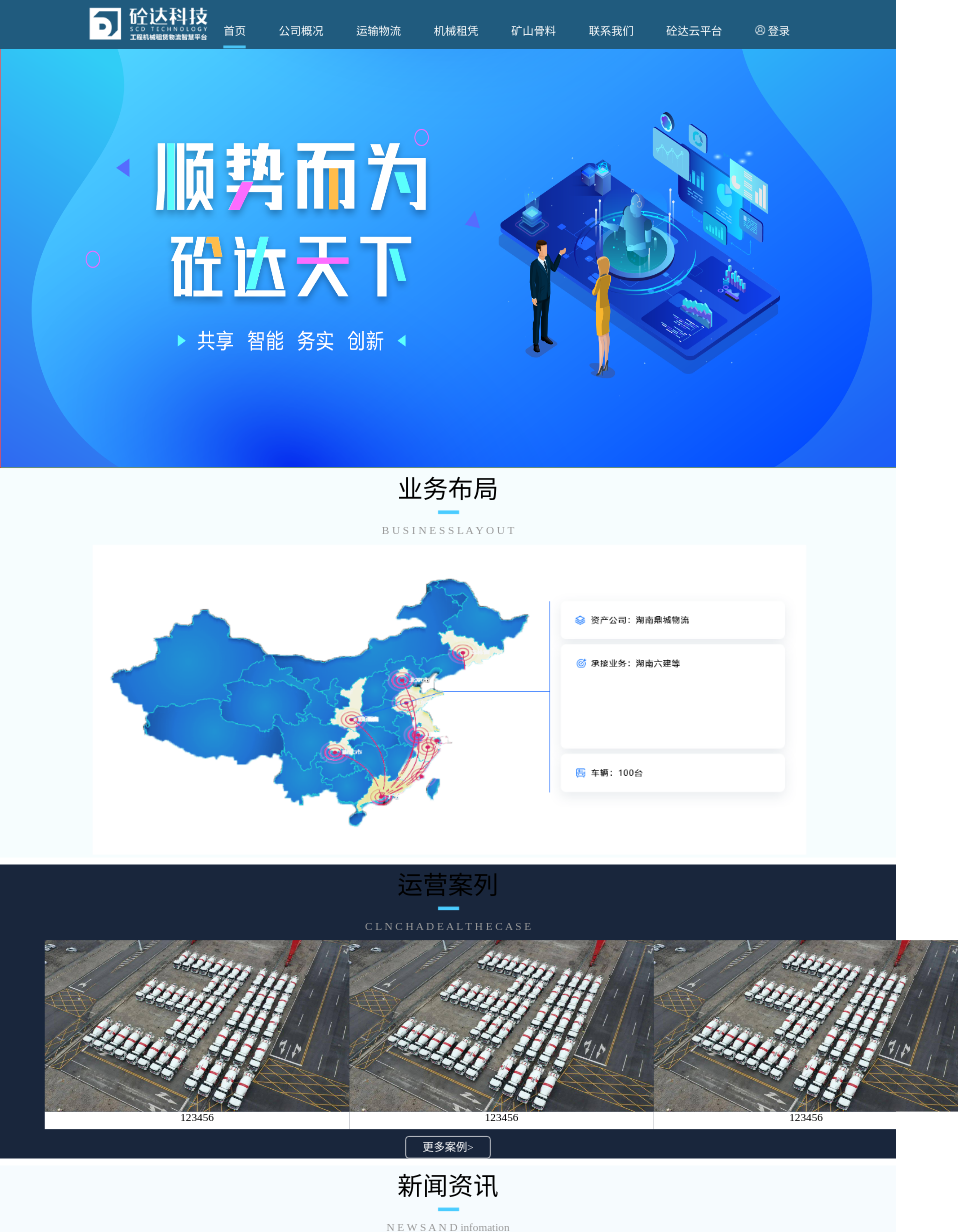
Repository: nzrdjdj/nzrdjdj.github.io
Page: index.html
These files come from the project's save history. The page is drawn as it stood at one moment and after the next save; the edit follows.
The browser window is 1280 px wide. The page is 1369 px wide, so the pictures cover 1369 px, including what lies to the right of the window. The pictures show the part of the page from y = 0 to 1760 px (the page is 2705 px tall before and 2768 px after), at 70% of full size.

Above is the page before, as saved 2021-10-09 09:54:17.

### index.html
<!DOCTYPE html>
<html lang="en">

<head>
    <meta charset="UTF-8">
    <meta http-equiv="X-UA-Compatible" content="IE=edge">
    <meta name="viewport" content="width=device-width, initial-scale=1.0">
    <title>首页</title>
    <link rel="stylesheet" href="./css/index.css">
    <!-- <link rel="stylesheet" href="./css/lunbo.css"> -->
</head>

<script>
    // var nei = document.getElementById("ab").children;
    // var left = document.getElementsByClassName("left")[0];
    // var lunbo = document.getElementsByClassName("lunbo")[0];
    // var right = document.getElementsByClassName("right")[0];
    // var bu = document.getElementById("bu").children;
    // var index = 0

    // function str() {
    //     index++
    //     if (index >= 6) {
    //         index = 0;
    //     }
    //     main()
    // }

    // function main() {
    //     for (var i = 0; i < nei.length; i++) {
    //         nei[i].style.display = "none"
    //         bu[i].classList.remove("hei")
    //     }
    //         nei[index].style.display = "block"
    //         bu[index].classList.add("hei")
    // }

    // item = setInterval(str, 2000)
    // // 自动轮播


    // lunbo.onmouseover = function () {
    //     clearInterval(item)
    // }
    // lunbo.onmouseout = function () {
    //     item = setInterval(str, 2000)
    // }

    // // 左右按钮

    // left.onclick = function () {
    //     index--;
    //     if (index < 0) {
    //         index = nei.length - 1
    //     }
    //     main()
    // }

    // right.onclick = function () {
    //     index++;
    //     if (index >= nei.length) {
    //         index = 0
    //     }
    //     main()
    // }

    // // 底部按钮

    // for (var i = 0; i < bu.length; i++) {
    //     bu[i].index = i;
    //     bu[i].onclick = function () {
    //         index = this.index;
    //         for (var j = 0; j < bu.length; j++) {
    //             main()
    //         }

    //     }
    // }
</script>

<body>
    <div class="all">
        <div class="head">
            <div class="haed-logo" id="lunbo">
                <img src="./images/slider/bg1.png" />
                <img src="./images/slider/bg3.jpg" />
                <img src="./images/slider/bg2.jpg" />
            </div>
            <div class="head-title">
                <div class="head-nav">
                    <div class="left">
                        <image class="" src="./images/logo.png" mode="widthFix" />
                    </div>
                    <div class="right">
                        <div class="hover">首页</div>
                        <div>公司概况</div>
                        <div>运输物流</div>
                        <div>机械租凭</div>
                        <div>矿山骨料</div>
                        <div>联系我们</div>
                        <div>砼达云平台</div>
                        <div>
                            <image class="" src="./images/dl.png" "/>
                            登录
                        </div>
                    </div>
                </div>
            </div>
        </div>
        <div class=" main">
                                <!-- 业务 -->
                                <div class="firstmain">
                                    <div class="firstmain-info">业务布局</div>
                                    <div class="first-border">
                                        <image class="" src="./images/partners/bar.png" />
                                    </div>
                                    <div class="colorstyle">B U S I N E S S L A Y O U T</div>
                                    <div class="main-img">
                                        <image style="width: 80%;margin-top: 10px;" src="./images/partners/map.png"
                                            mode="widthFix" />
                                    </div>
                                </div>
                                <!-- 运营 -->
                                <div class="mainCenter">
                                    <div class="firstmain-info">运营案列</div>
                                    <div class="first-border">
                                        <image class="" src="./images/partners/bar.png" />
                                    </div>
                                    <div class="colorstyle">C L N C H A D E A L T H E C A S E</div>
                                    <div class="pgimg">
                                        <div class="img">
                                            <div class="yui">
                                                <image style="width: 435px;height: 245px;"
                                                    src="./images/partners/car2.png" />
                                                <div class="zzhao">
                                                    <div>查看案例详情</div>
                                                </div>
                                            </div>
                                            <div class="icon">123456</div>
                                        </div>
                                        <div class="img">
                                            <div class="yui">
                                                <image style="width: 435px;height: 245px;"
                                                    src="./images/partners/car2.png" />
                                                <div class="zzhao">
                                                    <div>查看案例详情</div>
                                                </div>
                                            </div>
                                            <div class="icon">123456</div>
                                        </div>
                                        <div class="img">
                                            <div class="yui">
                                                <image style="width: 435px;height: 245px;"
                                                    src="./images/partners/car2.png" />
                                                <div class="zzhao">
                                                    <div>查看案例详情</div>
                                                </div>
                                            </div>
                                            <div class="icon">123456</div>
                                        </div>
                                    </div>
                                    <div class="anli">
                                        <div>更多案例></div>
                                    </div>
                                </div>
                                <!-- 新闻资讯 -->
                                <div class="ctenrnew">
                                    <div class="xinwen">
                                        <div class="firstmain-info">新闻资讯</div>
                                        <div class="first-border">
                                            <image class="" src="./images/partners/bar.png" />
                                        </div>
                                        <div class="colorstyle">N E W S A N D infomation</div>
                                    </div>
                                    <div class="news">
                                        <div style="    padding-top: 22px;">
                                            <div>
                                                <image style="width: 435px;height: 245px;"
                                                    src="./images/partners/car2.png" />
                                            </div>
                                            <div style="width: 435px;">
                                                展会预告| 与您相约2021年长沙国际工程机械展览会<br>
                                                <span
                                                    style="color: gray;">2021长沙国际工程机械展览会将于5月19日在长沙国际会展中心拉开帷幕。这将是今年全球唯一举办的30万平方米超大型工程机械行业展会。</span>
                                            </div>
                                        </div>
                                        <div>
                                            <div
                                                style="height: 125px; margin-top: 20px; background-color: #fff;margin-left:10px;">
                                                <div style="display: flex;">
                                                    <div style="margin-left: 20px; margin-top: 20px;">
                                                        <div style="color: gray;font-size: 24px;">15</div>
                                                        <div style="color: gray;margin-top: 30px;">2021-03</div>
                                                    </div>
                                                    <div style="padding: 15px; line-height: 30px;">
                                                        <div>混凝土泵车的使用应注意哪些事项</div>
                                                        <span
                                                            style="color: gray;margin-top: 30px;padding-top: 20px; margin-left: 10px;">凝土泵车在进行各项操作时应有专业<br>的操作人员对其进行系统的培训...</span>
                                                    </div>
                                                </div>
                                            </div>
                                            <div
                                                style="height: 125px; margin-top: 20px; background-color: #fff;margin-left:10px;">
                                                <div style="display: flex;">
                                                    <div style="margin-left: 20px; margin-top: 20px;">
                                                        <div style="color: gray;font-size: 24px;">15</div>
                                                        <div style="color: gray;margin-top: 30px;">2021-03</div>
                                                    </div>
                                                    <div style="padding: 15px; line-height: 30px;">
                                                        <div>混凝土泵车的使用应注意哪些事项</div>
                                                        <span
                                                            style="color: gray;margin-top: 30px;padding-top: 20px; margin-left: 10px;">凝土泵车在进行各项操作时应有专业<br>的操作人员对其进行系统的培训...</span>
                                                    </div>
                                                </div>
                                            </div>
                                        </div>
                                        <div>
                                            <div
                                                style="height: 125px; margin-top: 20px; background-color: #fff;margin-left:10px;">
                                                <div style="display: flex;">
                                                    <div style="margin-left: 20px; margin-top: 20px;">
                                                        <div style="color: gray;font-size: 24px;">15</div>
                                                        <div style="color: gray;margin-top: 30px;">2021-03</div>
                                                    </div>
                                                    <div style="padding: 15px; line-height: 30px;">
                                                        <div style="color: #56CFFF;">混凝土泵车的使用应注意哪些事项</div>
                                                        <span
                                                            style="color: gray;margin-top: 30px;padding-top: 20px; margin-left: 10px;">凝土泵车在进行各项操作时应有专业<br>的操作人员对其进行系统的培训...</span>
                                                    </div>
                                                </div>
                                            </div>
                                            <div
                                                style="height: 125px; margin-top: 20px; background-color: #fff;margin-left:10px;">
                                                <div style="display: flex;">
                                                    <div style="margin-left: 20px; margin-top: 20px;">
                                                        <div style="color: gray;font-size: 24px;">15</div>
                                                        <div style="color: gray;margin-top: 30px;">2021-03</div>
                                                    </div>
                                                    <div style="padding: 15px; line-height: 30px;">
                                                        <div>混凝土泵车的使用应注意哪些事项</div>
                                                        <span
                                                            style="color: gray;margin-top: 30px;padding-top: 20px; margin-left: 10px;">凝土泵车在进行各项操作时应有专业<br>的操作人员对其进行系统的培训...</span>
                                                    </div>
                                                </div>
                                            </div>
                                        </div>
                                    </div>
                                </div>
                                <!-- 关于我们 -->
                                <div class="about">
                                    <div class="xinwen">
                                        <div class="ab">关于我们</div>
                                        <div class="first-border">
                                            <image class="" src="./images/partners/bar.png" />
                                        </div>
                                        <div class="colorstyle">A B 0 U T US</div>
                                    </div>
                                    <div class="aboutinfo">
                                        <div class="oneaboutinfo">
                                            <div style="padding-left:10px;"> 砼 达 科 技 是 一 家 服 务 于 混 凝 土 及 原 材 料 生 产 、 物 流
                                                、 施 工 的 共 享 智 能 化 平 台 。</div>
                                            <div>愿 景 ： 推 动 混 凝 土 产 业 数 字 文 明 进 程 ， 打 造 混 凝 土 高 效 流 通 生 态 圈 ; </div>
                                            <div>使 命 ： 打 造 一 个 社 会 化 高 度 协 同 、 智 慧 的 工 程 机 械 物 联 网 运 营 平 台 </div>
                                            <div> 核 心 价 值 观 ： 服 务 创 造 价 值 ， 专 业 赢 得 信 任 ， 坚 持 成 就 梦 想 ， 奋 斗 改 变 生 活
                                            </div>
                                        </div>
                                        <div>
                                            <image style="height:200px;width: 460px;" src="./images/partners/city.png"
                                                mode="widthFix" />
                                        </div>
                                    </div>
                                </div>
                        </div>
                    </div>
                    <div class="footer">
                        <div class="footerinfo">
                            <div class="left">
                                <div>
                                    <image style="margin-top: 30px;" src="./images/banner1.png" />
                                </div>
                                <div style="display: flex; justify-content: space-between;width: 700px;">
                                    <div style="margin-top: 10px; margin-left: -10px;">
                                        <image src="" />
                                        📞 电 话: 1 5 0 8 4 9 3 5 5 5 5
                                    </div>
                                    <div style="margin-top: 10px;">📫 邮 箱: 1 2 3 7 1 5 8 3 0 @ qq.com</div>
                                </div>
                                <div style="margin-top: 10px;">
                                    地址:长 沙 市 雨 花 区 德 思 勤 广 场 1 栋 605室
                                </div>
                                <div style="margin-top: 10px;">
                                    友情链接 : 长沙鼎宸机械设备租赁有限公司 | 湖南鼎宸物流有限公司 | 湖南砼达物流有限公司 | 湖南鑫铅锂新能源科技有限公司 | 贵州砼达科技有限公司
                                </div>
                            </div>
                            <div class="right">
                                <div style="text-align: center;">
                                    <div style="color: #fff;">关于我们</div>
                                    <div class="font">砼达简介</div>
                                    <div class="font">商混物流</div>
                                    <div class="font">机械租凭</div>
                                    <div class="font">矿山骨科</div>
                                </div>
                                <div>
                                    <div style="color: #fff;">关注我们<span
                                            style="color: gray;font-size: 12px;">(扫一扫)</span></div>
                                    <div class="ewm"></div>
                                </div>
                            </div>
                        </div>
                        <div class="last">
                            <div class="last-info font"></div>
                            <div class="font">Copyight 2012-2015 砼达科技 版权所有 honghu.com 湘ICP备15019654号.</div>
                        </div>
                    </div>
</body>

</html>

### css/index.css
*{
    margin: 0;
    padding: 0;
}
.head-title{
    position: relative;
    line-height: 70px;
    top: 0;
    left: 0;
    width: 100%;
    position: fixed;
    background-color: #205B7E;
    height: 70px;
    z-index:99;
}
.head-nav{
    width: 80%;
    margin: 0 auto;
    display: flex;
}
.head-nav .left{
    flex: 1;
    margin-top: 10px;
}
.head-nav div{
    height: 55px;
}
.head-title .right{
    display: flex;
    color: #fff;
    width: 880px;
    cursor: pointer;
    justify-content: space-around;
}

.hover{
    border-bottom: 4px solid #49C5F6;
    text-align: center;
}

/* 轮播 */
.haed-logo{
    display: flex;
    overflow: hidden;

}
.haed-logo img{
    /* position: absolute; */
    width: 100%;
    float: right;
    border: 1px solid red;
}



/* main */
.main{
    width: 100%;
    position: relative;
}
.firstmain{
    text-align: center;
    background-color: #F6FDFE;
}
.firstmain-info{
    font-size: 36px;
}
.colorstyle{
    margin-top: 10px;
    color: #999999;
}
.mainCenter{
    /* background: url(../images/service/logo.png); */
    margin-top: 10px;
    text-align: center;
    background-color: #19263C;
}
.pgimg{
    display: flex;
    width: 90%;
    margin: 0 auto;
    margin-top: 10px;
    justify-content: space-between;
}
.yui{
    height: 245px;
}
.icon{
    width: 435px;
    height: 25px;
    background: #fff;
}
.zzhao{
    font-size: 15px;
    width: 435px;
    height: 245px;
    background: rgba(0, 0, 0, 0.5);
    position: absolute;
    margin-top: -249px;
    display: none;
}
.yui:hover .zzhao{

    display: block;
}
.zzhao div{
    color:#49C5F6;
    padding: 10px;
    border: 1px solid #49C5F6;
    width: 100px;
    margin: 100px auto;
    cursor: pointer;
}
.anli{
    color: #fff;
    padding: 10px;
    border: 1px solid #fff;
    width: 100px;
    height: 10px;
    border-radius: 5px;
    cursor: pointer;
    margin: 10px auto;
    text-align: center;
    line-height: 10px;
}
.xinwen{
    margin-top: 10px;
    text-align: center;
}
.news{
    width: 80%;
    margin: 10px auto;
    display: flex;
}
.news div{
   /* flex: 1; */

}
.ctenrnew{

    background-color: #F6FBFE;
}
.about{
    background-color: #0E0F1B;
    height: 330px;
}
.ab{
    color:#fff;
    font-size: 36px;
}
.aboutinfo{
    display: flex;
    width: 80%;
    margin: 0 auto;
}
.oneaboutinfo{
    width: 65%;
}
.aboutinfo{
    margin-top: 10px;
}
.oneaboutinfo div{
    padding: 10px;
    font-size: 12px;
    color: #fff;
}
.footer{
    width: 100%;
    height: 225px;
    background-color: #1B222E;
    margin-top: -10px;
}
.footerinfo{
    display: flex;
    width: 80%;
    margin: 10px auto;
}
.left{
    color: gray;
    font-size: 12px;
}
.right{
    margin-top: 10px;
    width: 20%;
    display: flex;
    justify-content: space-between;
}
.font{
    margin-top: 10px;
    color: gray;
    font-size: 12px;
}
.ewm{
    margin-top: 10px;
    width: 70px;
    height: 70px;
    background-color: #fff;
}
.last{
    width: 80%;
    margin: 0 auto;
}
.last-info{
    border-top: 1px solid gray;
}

### css/lunbo.css
#lunbo img{
    width: 1519px;
    height: 730px;
}

After the next save:
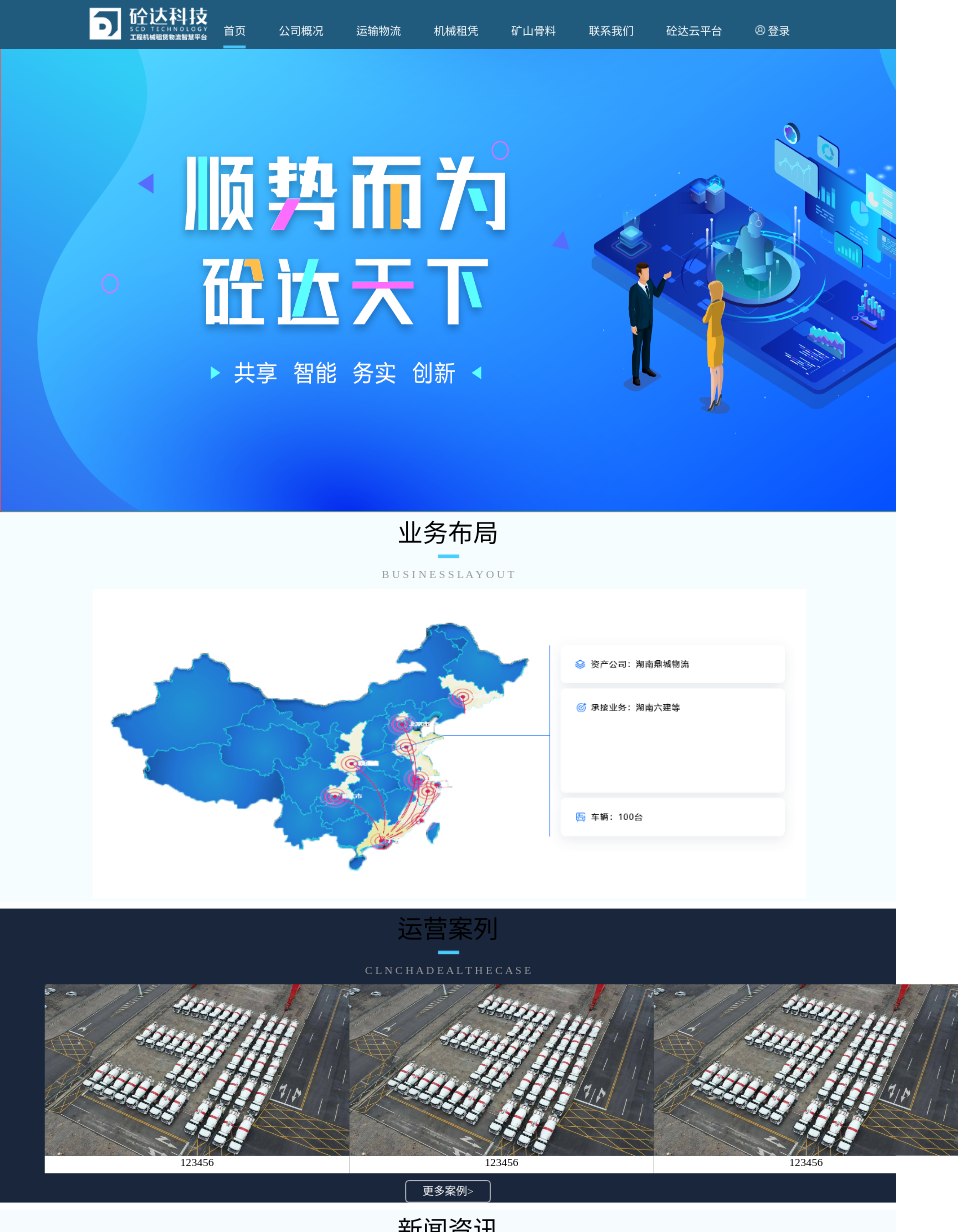
Saved 22 s later.
--- a/index.html
+++ b/index.html
@@ -7,7 +7,7 @@
     <meta name="viewport" content="width=device-width, initial-scale=1.0">
     <title>首页</title>
     <link rel="stylesheet" href="./css/index.css">
-    <!-- <link rel="stylesheet" href="./css/lunbo.css"> -->
+    <link rel="stylesheet" href="./css/lunbo.css">
 </head>
 
 <script>
